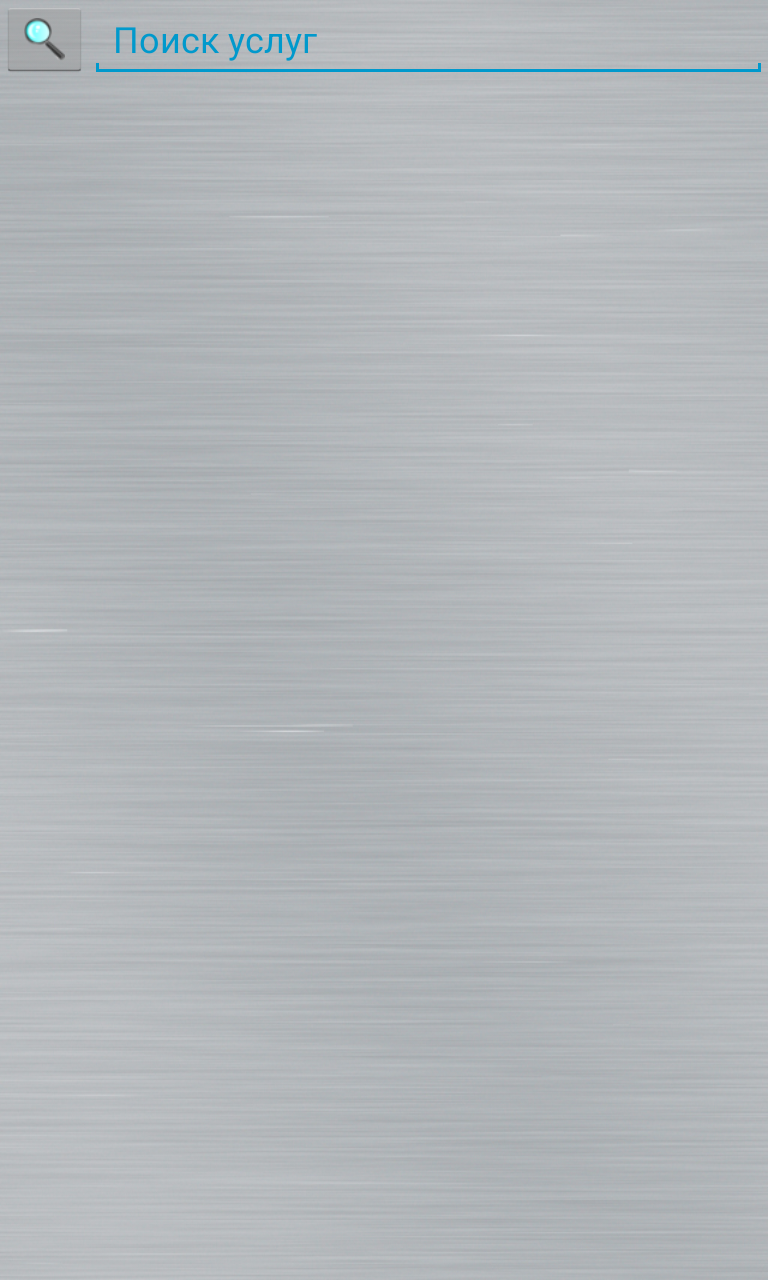
Repository: complexityclass/GosClient
Layout: Client/res/layout/listview_searchbar_layout.xml
The author's editor kept a copy of each file at every save. The layout is drawn from the files as they stood at one save, then again after the next save.
It is drawn on a 768 x 1280 px phone screen (xhdpi) without system bars, with theme AppTheme; the app's code is not run. Lists and similar views that code fills are empty.

Above is the layout before, as saved 2013-04-21 08:53:44.

### Client/res/layout/listview_searchbar_layout.xml
<?xml version="1.0" encoding="utf-8"?>
<RelativeLayout xmlns:android="http://schemas.android.com/apk/res/android"
    android:layout_width="fill_parent"
    android:layout_height="fill_parent"
    android:background="@drawable/back">


    <EditText
        android:id="@+id/editText1"
        android:layout_width="132dp"
        android:layout_height="wrap_content"
        android:layout_alignParentRight="true"
        android:layout_alignParentTop="true"
        android:layout_toRightOf="@+id/ImageButton01"
        android:text="Поиск услуг"
        android:textColor="@android:color/holo_blue_dark"
        android:cursorVisible="false"
        android:ems="10" >

        <requestFocus />
    </EditText>

    <ListView
        android:id="@+id/listView1"
        android:layout_width="fill_parent"
        android:layout_height="wrap_content"
        android:layout_alignParentLeft="true"
        android:layout_below="@+id/editText1" >
    </ListView>

    <ImageButton
        android:id="@+id/ImageButton01"
        android:layout_width="wrap_content"
        android:layout_height="wrap_content"
        android:layout_above="@+id/listView1"
        android:layout_alignParentLeft="true"
        android:layout_alignParentTop="true"
        android:src="@drawable/magnifier" />

</RelativeLayout>

Loaded but not shown: Client/res/values-v11/styles.xml (common file); Client/res/values-v14/styles.xml (common file); Client/res/values/styles.xml (common file)

After the next save:
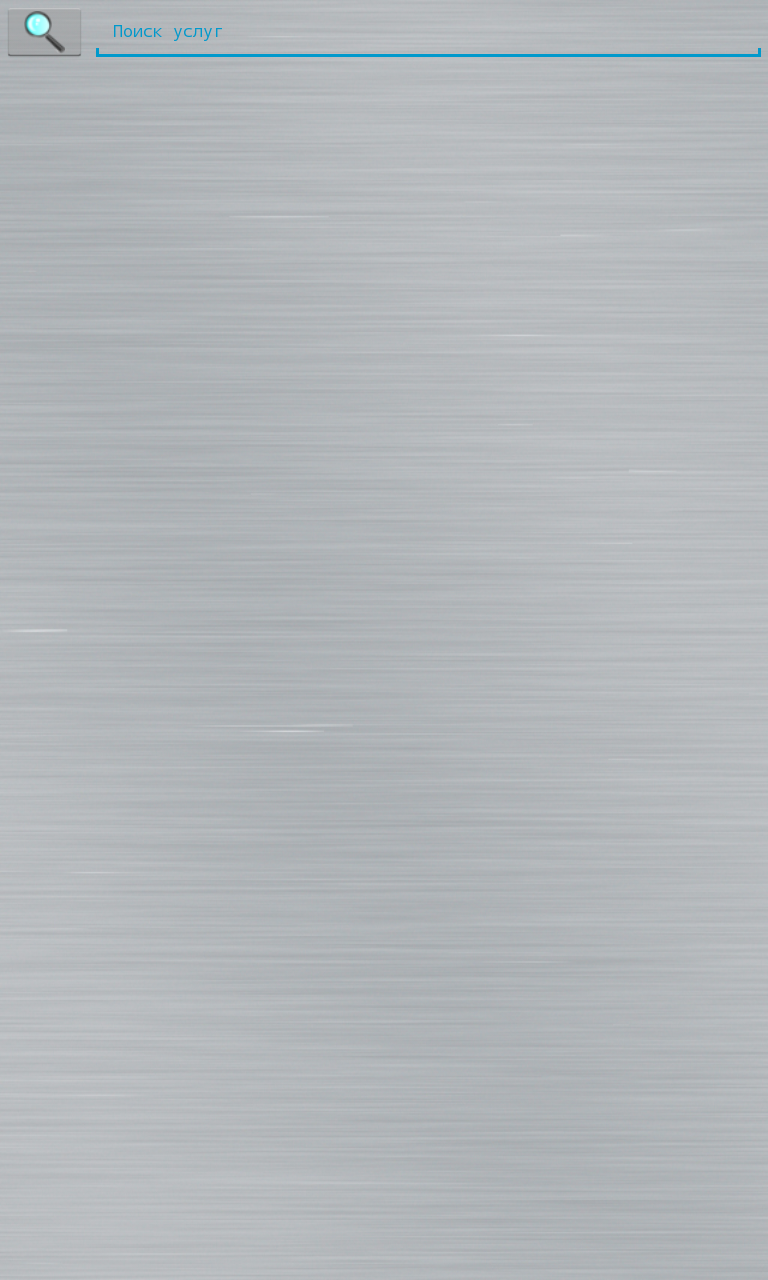
Saved 47 s later.
--- a/Client/res/layout/listview_searchbar_layout.xml
+++ b/Client/res/layout/listview_searchbar_layout.xml
@@ -14,6 +14,8 @@
         android:layout_toRightOf="@+id/ImageButton01"
         android:text="Поиск услуг"
         android:textColor="@android:color/holo_blue_dark"
+        android:textSize="8"
+        android:typeface="monospace"
         android:cursorVisible="false"
         android:ems="10" >
 
